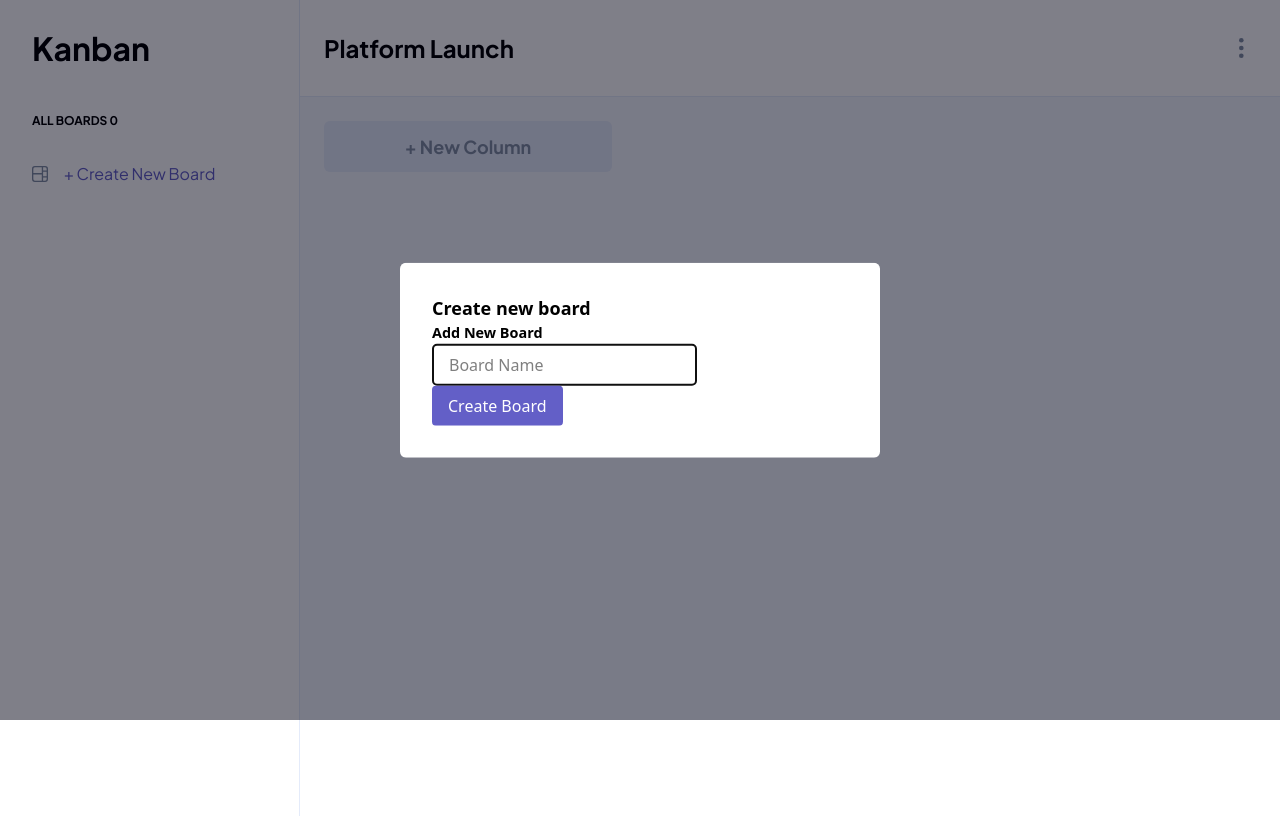
Repository: Baraajad231/Kanban-Board
Page: /, after clicking the first element matching `button.w-full`
The author's editor kept a copy of each file at every save. The page is drawn from the files as they stood at one save, then again after the next save.
The browser window is 1280 px wide. The pictures show the whole page.
The project was rebuilt for these pictures with package versions that can differ from the ones it lists, and the page was loaded fresh each time. Also part of the build but not shown: vite.config.js, src/components/Card.jsx, src/components/Column.jsx.

Above is the page before, as saved 2026-03-25 17:59:01.

### index.html
<!doctype html>
<html lang="en">
  <head>
    <meta charset="UTF-8" />
    <meta name="viewport" content="width=device-width, initial-scale=1.0" />
    <link rel="preconnect" href="https://fonts.googleapis.com" />
    <link rel="preconnect" href="https://fonts.gstatic.com" crossorigin />
    <link
      href="https://fonts.googleapis.com/css2?family=Plus+Jakarta+Sans:ital,wght@0,200..800;1,200..800&display=swap"
      rel="stylesheet"
    />
    <title>kanban-board</title>
  </head>
  <body>
    <div id="root"></div>
    <script type="module" src="/src/main.jsx"></script>
  </body>
</html>

### src/index.css
@import "tailwindcss";

@theme {
  --font-jakarta: "Plus Jakarta Sans", sans-serif;

  --color-transparent: transparent;
  --color-current: currentColor;

  --color-main-purple: #635fc7;
  --color-main-purple-hover: #a8a4ff;
  --color-white: #ffffff;
  --color-black: #000112;
  --color-very-dark-grey: #1e1e1e;
  --color-dark-grey: #2b2c37;
  --color-lines: #3e3f4e;
  --color-medium-grey: #828fa3;
  --color-lines-light: #e4ebfa;
  --color-light-grey: #f4f7fd;
  --color-red: #ea5555;
  --color-red-hover: #ff9898;

  /* أحجام الخطوط - التنسيق صحيح جداً لـ Tailwind v4 */
  --text-heading-s: 0.75rem;
  --text-heading-s--font-weight: 700;

  --text-heading-m: 0.9rem;
  --text-heading-m--font-weight: 700;

  --text-heading-l: 1.125rem;
  --text-heading-l--font-weight: 700;

  --text-heading-xl: 1.5rem;
  --text-heading-xl--font-weight: 700;

  --text-body-m: 0.75rem;
  --text-body-m--font-weight: 700;

  --text-body-l: 0.8125rem;
  --text-body-l--font-weight: 500;
}

### src/App.jsx
import Header from "@components/Header";
import SideMenu from "@components/SideMenu";
import WorkSpace from "@components/WorkSpace";
import { useState } from "react";
import { DataContext } from "./DataContext";

function App() {
  const [dataState, setDataState] = useState([]);
  const [selectedBoardIndex, setSelectedBoardIndex] = useState(0);
  return (
    <DataContext.Provider value={{ data: dataState, setData: setDataState }}>
      <div className="font-jakarta flex h-screen flex-col">
        <Header />
        <div className="flex flex-1">
          <SideMenu
            selectedBoardIndex={selectedBoardIndex}
            setSelectedBoardIndex={setSelectedBoardIndex}
          />
          <WorkSpace columns={dataState[selectedBoardIndex]?.columns} />
        </div>
      </div>
    </DataContext.Provider>
  );
}

export default App;

### src/components/Header.jsx
import { useState } from "react";
import DialogPrimitive from "./DialogPrimitive";
import DropdownPrimitive from "./DropDownPrimitive";
import iconVerticalEllipsis from "@assets/icon-vertical-ellipsis.svg";

const Header = () => {
  const [open, setOpen] = useState(false);
  const onEditBoard = () => setOpen(true);
  const onDeleteBoard = () => {
    if (window.confirm("Are you sure you want to delete this board?")) {
      console.log("Delete Board");
    }
  };
  return (
    <header className="flex h-24.25 shrink-0 items-center">
      <div className="border-lines-light flex w-75 items-center gap-4 self-stretch border-r border-b pl-8 text-[32px] font-bold">
        Kanban
      </div>

      <div className="border-lines-light flex flex-1 items-center justify-between self-stretch border-b pr-6 pl-6">
        <h2 className="text-heading-xl">Platform Launch</h2>

        <DropdownPrimitive
          items={{
            "edit ": {
              label: "Edit Board",
              onClick: onEditBoard,
            },
            "delete ": {
              label: "Delete Board",
              onClick: onDeleteBoard,
            },
          }}
          triggerComponent={() => (
            <button className="text-main-purple hover:bg-main-purple/10 flex items-center gap-1 rounded-full p-3">
              <img src={iconVerticalEllipsis} alt="icon vertical ellipsis" />
            </button>
          )}
        />

        <DialogPrimitive isOpen={open} setOpen={setOpen} title="Edit Board">
          Hello world
        </DialogPrimitive>
      </div>
    </header>
  );
};

export default Header;

### src/components/SideMenu.jsx
import clsx from "clsx";
import { useContext, useState } from "react";
import DialogPrimitive from "./DialogPrimitive";
import boardIcon from "@assets/icon-board.svg";
import { DataContext } from "@/DataContext";
import AddNewBoardForm from "./AddNewBoardForm";

/**
 *
 * @param {Object} props
 * @param {Number} props.selectedBoardIndex
 * @param {Function} props.setSelectedBoardIndex
 * @returns {JSX.Element}
 */

const SideMenu = ({ selectedBoardIndex, setSelectedBoardIndex }) => {
  const [open, setOpen] = useState(false);
  const onAddNewBoard = () => setOpen(true);
  const { data } = useContext(DataContext);
  return (
    <aside className="side-menu border-lines-light -mt-px h-screen w-75 border-r bg-white">
      <p className="text-heading-s px-8 py-4">ALL BOARDS {data.length}</p>
      <ul>
        {data.map((item, index) => (
          <li key={item.id}>
            <button
              data-isActive={index === selectedBoardIndex}
              className={clsx(
                "text-heading-m text-medium-grey data-[isactive=false]:hover:bg-main-purple/10 data-[isactive=false]:hover:text-main-purple flex w-11/12 items-center gap-4 rounded-e-full px-8 py-4 transition",
                {
                  "bg-main-purple hover:bg-main-purple text-white!":
                    index === selectedBoardIndex,
                },
              )}
              onClick={() => setSelectedBoardIndex(index)}
            >
              <img src={boardIcon} alt="boardIcon" />
              {item.title}
            </button>
          </li>
        ))}
        <li className="px-8 py-4">
          <DialogPrimitive
            isOpen={open}
            setOpen={setOpen}
            title="Create new board"
            triggerComponent={() => (
              <button
                onClick={onAddNewBoard}
                className="text-main-purple flex w-full items-center gap-4"
              >
                <img src={boardIcon} alt="boardIcon" />+ Create New Board
              </button>
            )}
          >
            <AddNewBoardForm />
          </DialogPrimitive>
        </li>
      </ul>
    </aside>
  );
};
export default SideMenu;

### src/components/WorkSpace.jsx
import Column from "./Column";

/**
 *
 * @param {Object} props
 * @param {Array} props.columns
 * @param {Number} props.columns.id
 * @param {Array} props.columns.tasks
 * @param {string} props.columns.title
 * @returns {JSX.Element}
 */

const WorkSpace = ({ columns = [] }) => {
  return (
    <div className="bg-light-grey flex h-[calc(100vh-97px)] flex-1 gap-6 overflow-auto p-6">
      {columns.map((column) => (
        <Column key={column.id} title={column.title} tasks={column.tasks} />
      ))}

      <button className="bg-lines-light text-heading-l text-medium-grey w-72 shrink-0 self-start rounded-md p-3">
        + New Column
      </button>
    </div>
  );
};

export default WorkSpace;

### src/DataContext.js
import React from "react";

export const DataContext = React.createContext();

### src/components/DialogPrimitive.jsx
import { Dialog } from "radix-ui";

/**
 * DialogPrimitive component
 * @param {Object} props
 * @param {string} props.title - The title of the dialog
 * @param {Function} props.triggerComponent - The component that triggers the dialog
 * @param {JSX.Element} props.children - The children components
 * @param {boolean} props.isOpen - A boolean to determine if the dialog is open
 * @param {Function} props.setOpen - A function to set the dialog state
 * @returns {JSX.Element}
 */

const DialogPrimitive = ({
  title,
  triggerComponent,
  children,
  isOpen,
  setOpen,
}) => (
  <Dialog.Root open={isOpen} onOpenChange={setOpen}>
    <Dialog.Trigger asChild>
      {triggerComponent && triggerComponent()}
    </Dialog.Trigger>
    <Dialog.Portal>
      <Dialog.Overlay className="data-[state=open]:animate-overlayShow fixed inset-0 bg-black/50" />
      <Dialog.Content className="data-[state=open]:animate-contentShow fixed top-[50%] left-[50%] max-h-[85vh] w-120 translate-x-[-50%] translate-y-[-50%] overflow-auto rounded-md bg-white p-8 focus:outline-none">
        <Dialog.Title className="text-heading-l">{title}</Dialog.Title>
        {children}
      </Dialog.Content>
    </Dialog.Portal>
  </Dialog.Root>
);

export default DialogPrimitive;

### src/components/DropDownPrimitive.jsx
import * as React from "react";
import { DropdownMenu } from "radix-ui";
import clsx from "clsx";
// طريقة بتخلينا نعمل document لل component تاعنا
// jsdocs
/**
 * @param {Object} props
 * @param {Function} props.triggerComponent
 * @param {Object} props.items
 * @param {string} props.items.label -- the text that will be shown in the dropdown item
 * @param {Function} props.items.onClick -- the function that will be called when the dropdown item is clicked
 * @returns {JSX.Element}
 */
const DropdownPrimitive = ({ triggerComponent, items }) => {
  return (
    <DropdownMenu.Root>
      <DropdownMenu.Trigger asChild>
        {triggerComponent && triggerComponent()}
      </DropdownMenu.Trigger>

      <DropdownMenu.Portal>
        <DropdownMenu.Content
          className="data-[side=bottom]:animate-slideUpAndFade data-[side=left]:animate-slideRightAndFade data-[side=right]:animate-slideLeftAndFade data-[side=top]:animate-slideDownAndFade min-w-55 rounded-md bg-white p-1.25 shadow-[0px_10px_38px_-10px_rgba(22,23,24,0.35),0px_10px_20px_-15px_rgba(22,23,24,0.2)] will-change-[opacity,transform]"
          sideOffset={32}
        >
          {items &&
            Object.keys(items).map((item) => (
              <DropdownMenu.Item
                key={items[item].label}
                onClick={items[item].onClick}
                className={clsx(
                  "group text-body-l data-highlighted:bg-light-grey cursor-pointer p-4 leading-none outline-none",
                  {
                    "text-red": items[item].label.includes("Delete"),
                  },
                )}
              >
                {items[item].label}
              </DropdownMenu.Item>
            ))}
        </DropdownMenu.Content>
      </DropdownMenu.Portal>
    </DropdownMenu.Root>
  );
};

export default DropdownPrimitive;

### src/components/AddNewBoardForm.jsx
const AddNewBoardForm = () => {
  return (
    <form>
      <div>
        <h2 className="text-heading-m font-bold">Add New Board</h2>
        <input
          type="text"
          placeholder="Board Name"
          className="rounded border border-gray-300 px-4 py-2"
        />
      </div>
      <button className="bg-main-purple rounded px-4 py-2 text-white">
        Create Board
      </button>
    </form>
  );
};
export default AddNewBoardForm;

Loaded but not shown: src/main.jsx (common file)

After the next save:
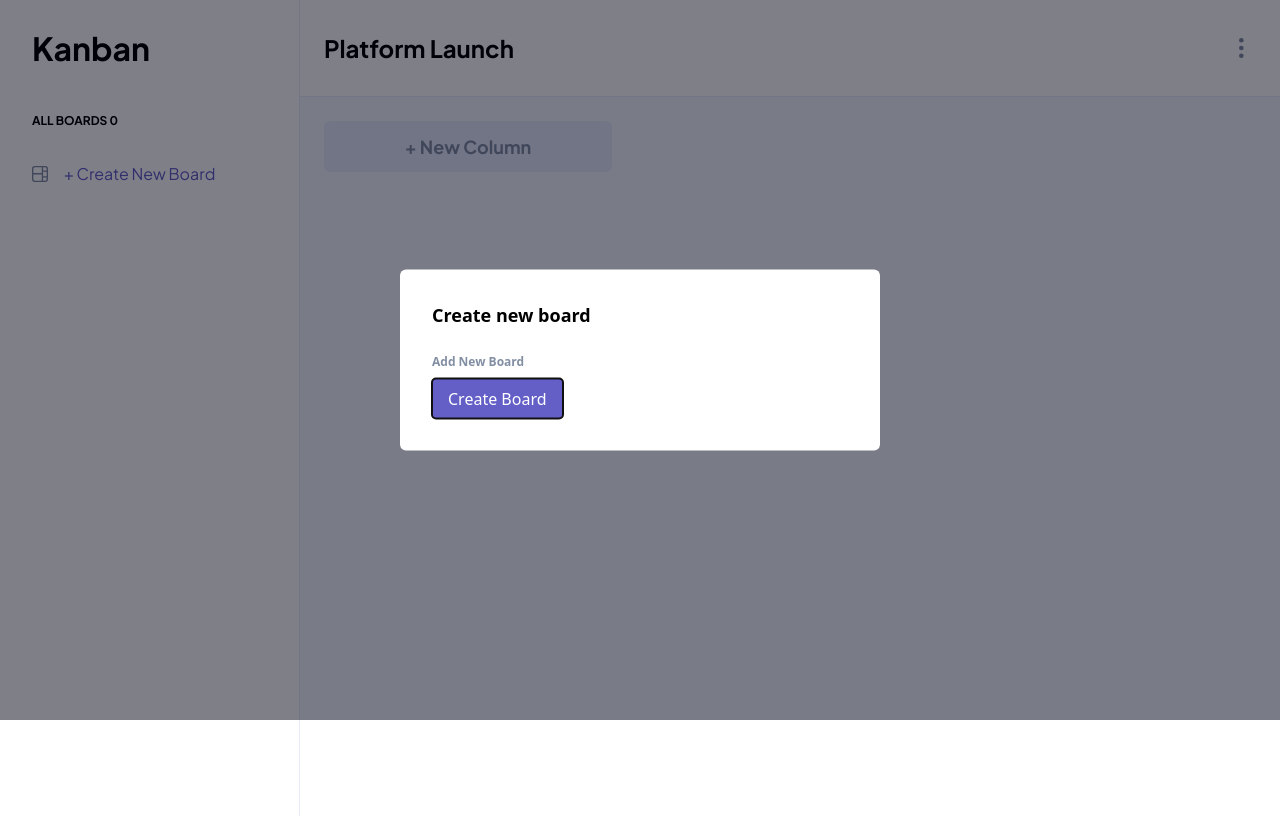
Saved 50 s later.
--- a/src/components/AddNewBoardForm.jsx
+++ b/src/components/AddNewBoardForm.jsx
@@ -2,12 +2,9 @@ const AddNewBoardForm = () => {
   return (
     <form>
       <div>
-        <h2 className="text-heading-m font-bold">Add New Board</h2>
-        <input
-          type="text"
-          placeholder="Board Name"
-          className="rounded border border-gray-300 px-4 py-2"
-        />
+        <h3 className="text-body-m text-medium-grey pt-6 pb-2">
+          Add New Board
+        </h3>
       </div>
       <button className="bg-main-purple rounded px-4 py-2 text-white">
         Create Board
